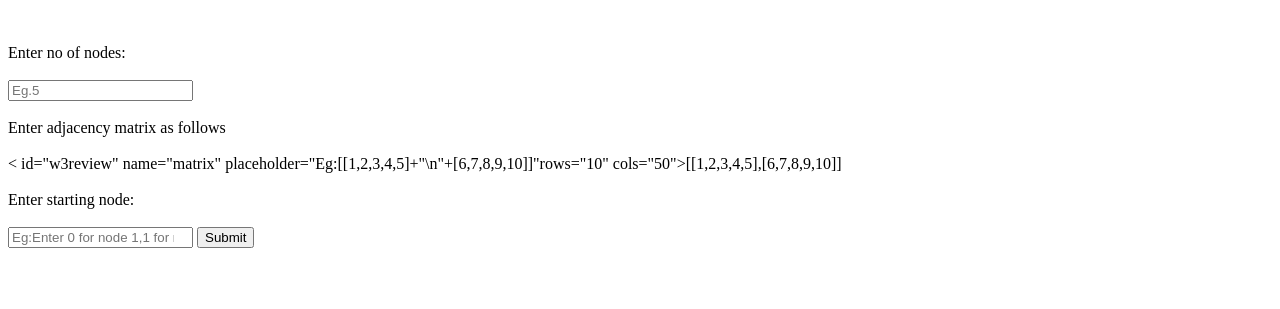
Repository: vinaybabu3962/ALGORITHMIC-TOOLBOX
Page: DAA_WT/webapp/Dijkstras.html
These files come from the project's save history. The page is drawn as it stood at one moment and after the next save; the edit follows.
The browser window is 1280 px wide. The pictures show the whole page.

Above is the page before, as saved 2021-07-04 10:01:20.

### DAA_WT/webapp/Dijkstras.html
<!DOCTYPE html>
<html>
<head>
<meta charset="ISO-8859-1">
<title>Dikstras</title>
</head>
<body>
<form action="dijkstra" method="POST">
<br><br>Enter no of nodes:
<br><br>
<input type="number" name="count" placeholder="Eg.5"  >
<br><br>
Enter adjacency matrix as follows
<br><br>
< id="w3review" name="matrix" placeholder="Eg:[[1,2,3,4,5]+"\n"+[6,7,8,9,10]]"rows="10" cols="50">[[1,2,3,4,5],[6,7,8,9,10]]</textarea>
<br><br>
Enter starting node:
<br><br>
<input type="number" placeholder="Eg:Enter 0 for node 1,1 for node 2" name="start" >
 <input type="submit" value="Submit" >
</form>

</body>
</html>

After the next save:
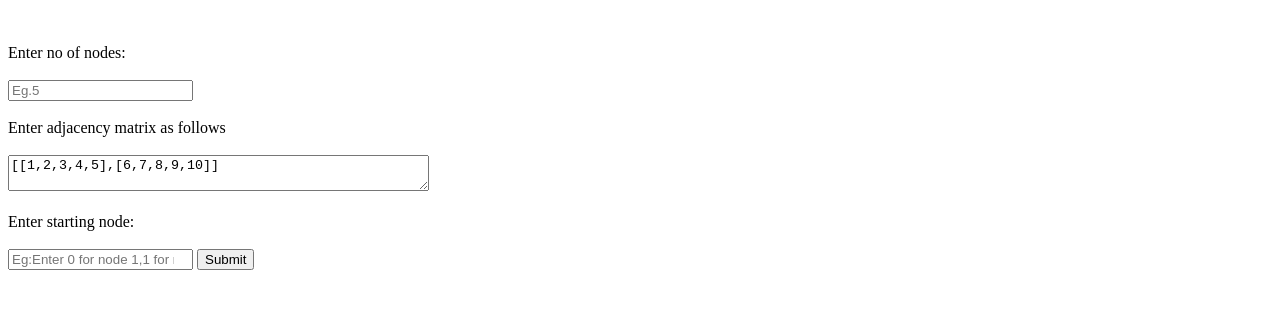
Saved 26 s later.
--- a/DAA_WT/webapp/Dijkstras.html
+++ b/DAA_WT/webapp/Dijkstras.html
@@ -12,7 +12,7 @@
 <br><br>
 Enter adjacency matrix as follows
 <br><br>
-< id="w3review" name="matrix" placeholder="Eg:[[1,2,3,4,5]+"\n"+[6,7,8,9,10]]"rows="10" cols="50">[[1,2,3,4,5],[6,7,8,9,10]]</textarea>
+<textarea id="w3review" name="matrix" placeholder="Eg:[[1,2,3,4,5]+"\n"+[6,7,8,9,10]]"rows="10" cols="50">[[1,2,3,4,5],[6,7,8,9,10]]</textarea>
 <br><br>
 Enter starting node:
 <br><br>
